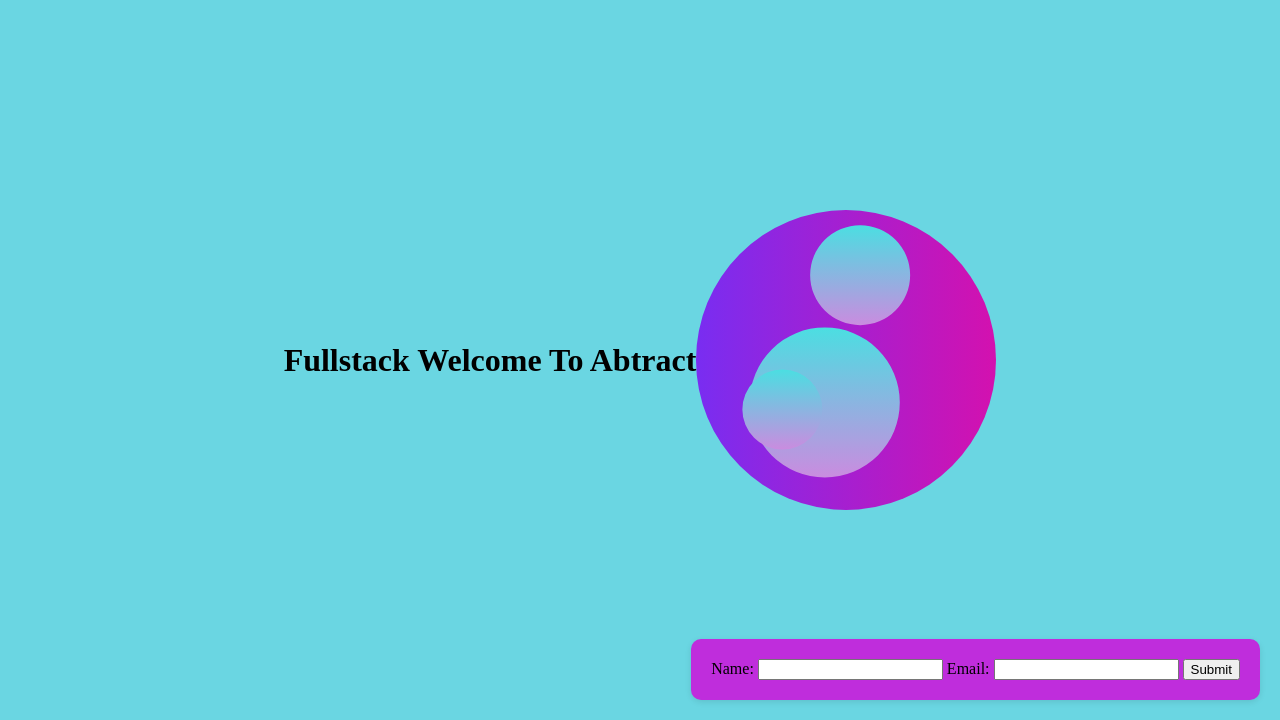
Repository: Melinda-Nanjad-Personal-Website/Personal-web
Page: picasso.html
An editor plug-in stored every save of this project. The page is shown before and after the next save, followed by the edit.
The browser window is 1280 px wide. The pictures show the whole page.

Above is the page before, as saved 2023-08-18 13:18:46.

### picasso.html
<!DOCTYPE html>
<html lang="en">
  <head>
    <meta charset="UTF-8" />
    <meta name="viewport" content="width=device-width, initial-scale=1.0" />
    <title>Document</title>
  </head>
  <link rel="stylesheet" href="picasso.css" />
  <body>
    <h1>Fullstack Welcome To Abtract</h1>

    <div class="artwork"></div>

    <form class="interested-form" action="formsubmitted.html">
      <label for="name">Name:</label>
      <input type="text" id="name" name="name" required />

      <label for="email">Email:</label>
      <input type="email" id="email" name="email" required />

      <button type="submit">Submit</button>
    </form>
    <!DOCTYPE html>

    <html>
      <head>
        <title>Abstract Painting with CSS</title>
        <style>
          body {
            margin: 0;
            display: flex;
            align-items: center;
            justify-content: center;
            min-height: 100vh;
            background-color: #6ad6e2;
          }

          .abstract-painting {
            width: 300px;
            height: 300px;
            background: linear-gradient(45deg, #6633ff, #e60ba1);
            border-radius: 50%;
            position: relative;
            transform: rotate(45deg);
            overflow: hidden;
          }

          .circle {
            position: absolute;
            width: 100px;
            height: 100px;
            background: linear-gradient(-45deg, #e47bdf, #31efe2);
            border-radius: 50%;
          }

          .circle-1 {
            top: 30px;
            left: 50px;
          }

          .circle-2 {
            top: 120px;
            right: 60px;
            width: 150px;
            height: 150px;
          }

          .circle-3 {
            bottom: 30px;
            left: 100px;
            width: 80px;
            height: 80px;
          }

          /* Styling for the form */
          .interested-form {
            position: fixed;
            bottom: 20px;
            right: 20px;
            background-color: rgb(191, 45, 220);
            padding: 20px;
            border-radius: 10px;
            box-shadow: 0 2px 6px rgba(0, 0, 0, 0.1);
            z-index: 10; /* Ensure the form is on top */
          }
        </style>
      </head>
      <body>
        <div class="abstract-painting">
          <div class="circle circle-1"></div>
          <div class="circle circle-2"></div>
          <div class="circle circle-3"></div>
        </div>
      </body>
    </html>
  </body>
</html>

### picasso.css
/* Reset some default styles */
body,
h1,
h2,
p {
  margin: 0;
  padding: 0;
}

/* Create a container for the artwork */
.artwork {
  display: flex;
  justify-content: center;
  align-items: center;
  min-height: 100vh; /* Viewport height */
  background-color: #a74cd1;
}

.abstract-painting {
  width: 300px;
  height: 300px;
  background: linear-gradient(45deg, #29dedb, #008cba);
  border-radius: 50%;
  position: relative;
  transform: rotate(45deg);
  overflow: hidden;
}

.circle {
  position: absolute;
  width: 100px;
  height: 100px;
  background: linear-gradient(-45deg, #c951b3, #e23d88);
  border-radius: 50%;
}

.circle-1 {
  top: 30px;
  left: 50px;
}

.circle-2 {
  top: 120px;
  right: 60px;
  width: 150px;
  height: 150px;
}

.circle-3 {
  bottom: 30px;
  left: 100px;
  width: 80px;
  height: 80px;
}

/* Styling for the form */
.interested-form {
  position: fixed;
  bottom: 20px;
  right: 20px;
  background-color: rgb(255, 255, 255);
  padding: 20px;
  border-radius: 10px;
  box-shadow: 0 2px 6px rgba(0, 0, 0, 0.1);
  z-index: 10; /* Ensure the form is on top */
}

/* Apply responsive design using media queries */
@media screen and (max-width: 1680px) {
  .artwork {
    background-color: #eee;
  }
}

@media screen and (max-width: 1024px) {
  .interested-form {
    bottom: 10px;
    right: 10px;
  }
}

@media screen and (max-width: 480px) {
  .interested-form {
    bottom: 5px;
    right: 5px;
    padding: 10px;
  }
}

After the next save:
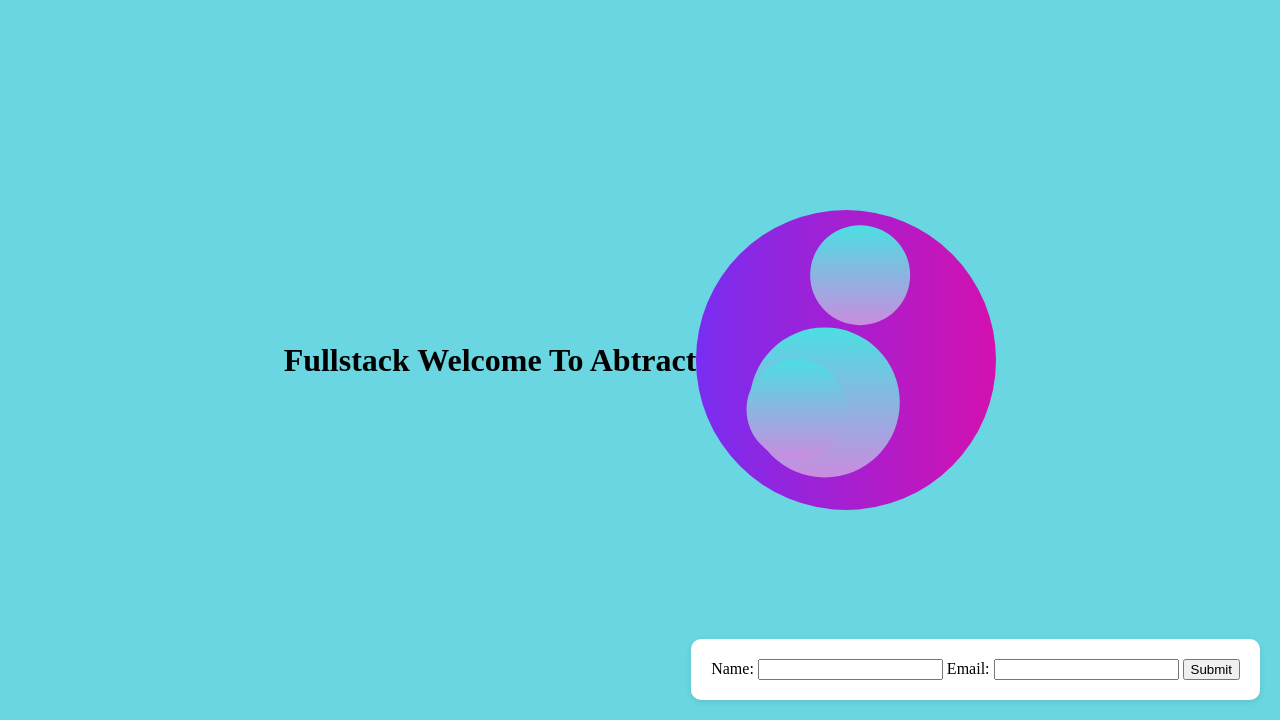
Saved 70 s later.
--- a/picasso.html
+++ b/picasso.html
@@ -63,6 +63,7 @@
             right: 60px;
             width: 150px;
             height: 150px;
+              background: linear-gradient(-45deg, #e47bdf;
           }
 
           .circle-3 {

After the 2 saves that followed:
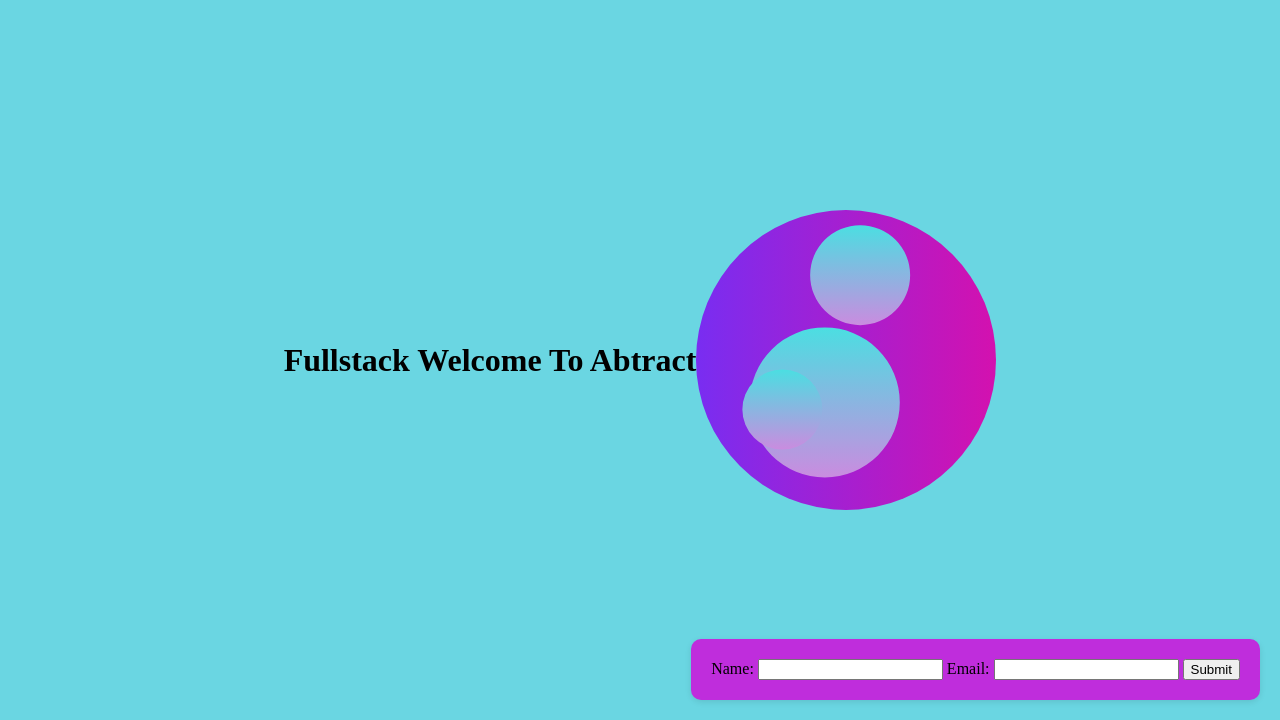
The 2 saves are shown as one change because 1 left the picture as it was.
The last was saved 62 s later.
--- a/picasso.html
+++ b/picasso.html
@@ -63,7 +63,6 @@
             right: 60px;
             width: 150px;
             height: 150px;
-              background: linear-gradient(-45deg, #e47bdf;
           }
 
           .circle-3 {
